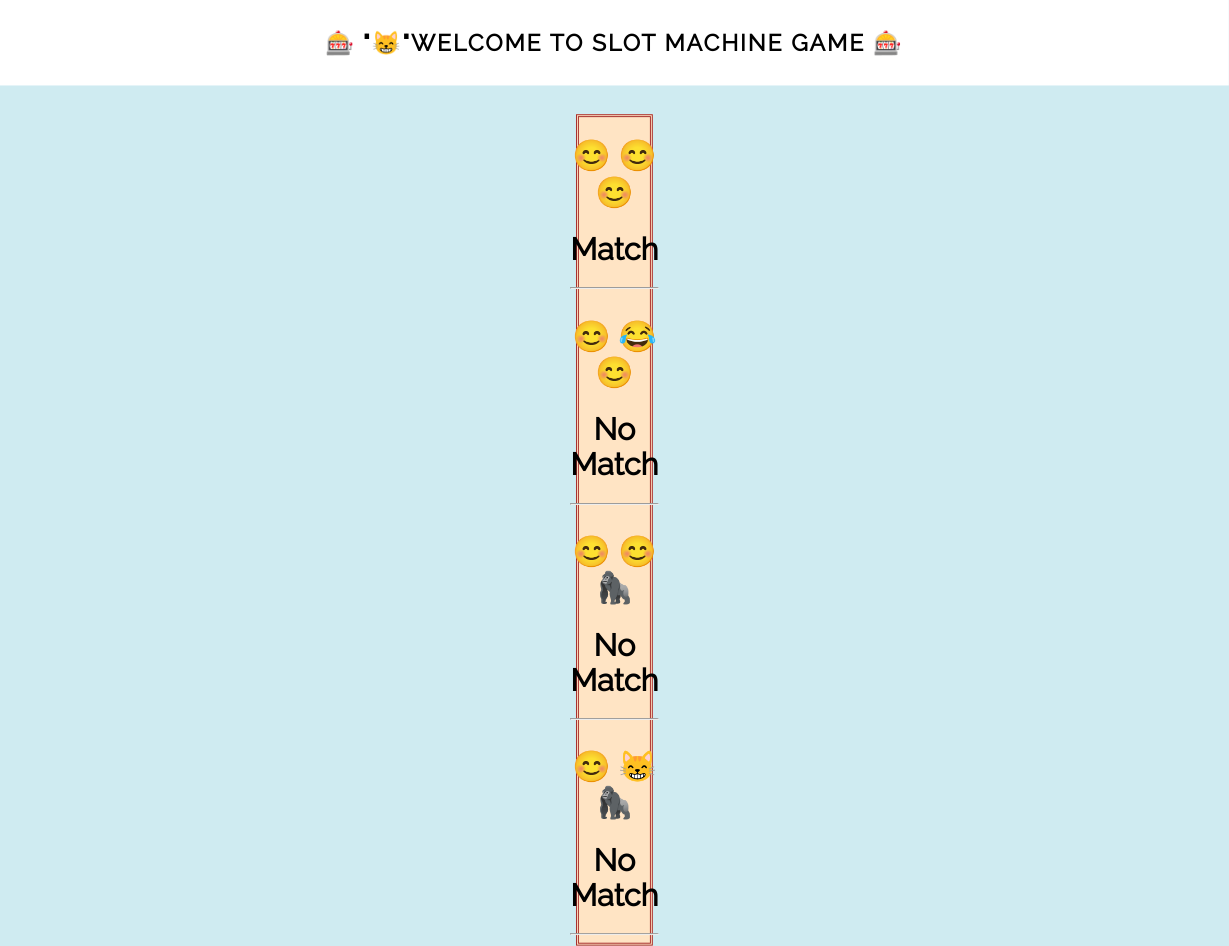
Repository: duggallakshya/slotMachineReact
Page: /
These files come from the project's save history. The page is drawn as it stood at one moment and after the next save; the edit follows.
The browser window is 1280 px wide. The pictures show the whole page, at 96% of full size.
The project was rebuilt for these pictures with package versions that can differ from the ones it lists, and the page was loaded fresh each time.

Above is the page before, as saved 2022-03-23 18:44:22.

After the next save:
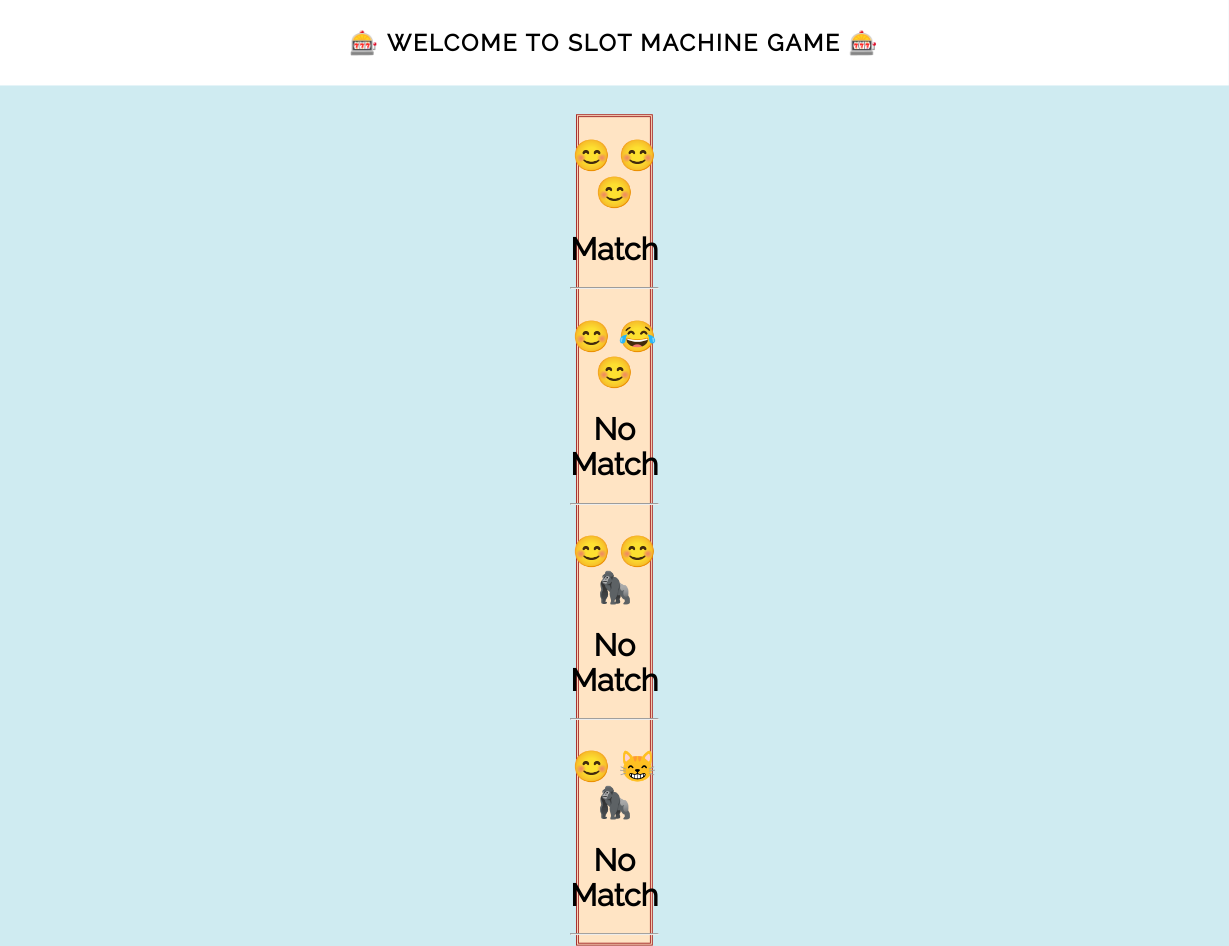
Saved 8 s later.
--- a/src/App.jsx
+++ b/src/App.jsx
@@ -4,7 +4,7 @@ import SlotMachine from './SlotMachine';
 const App = () => {
     return(
         <>
-            <h1 className="heading-style"> 🎰 "😸"Welcome to Slot machine game 🎰</h1>
+            <h1 className="heading-style"> 🎰 Welcome to Slot machine game 🎰</h1>
             <div className="main-div">
                 <SlotMachine x ='😊' y ='😊' z ='😊'/>
                 <SlotMachine x ='😊' y ='😂' z ='😊'/>
